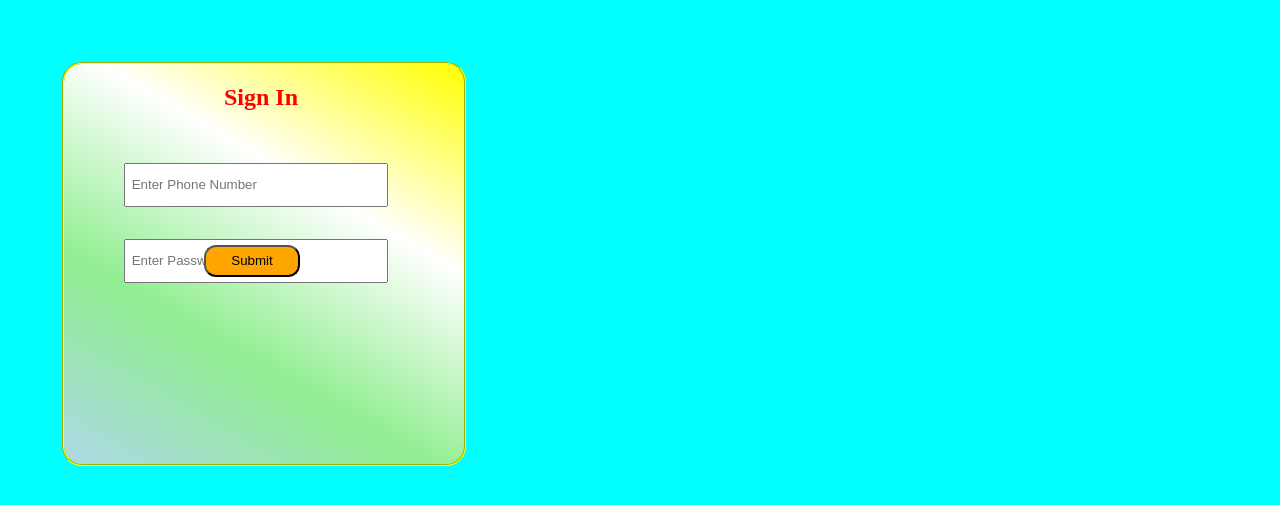
Repository: Amani-Kibet/express-app-web
Page: public/Card.html
An editor plug-in stored every save of this project. The page is shown before and after the next save, followed by the edit.
The browser window is 1280 px wide. The pictures show the whole page.

Above is the page before, as saved 2025-09-25 21:28:52.

### public/Card.html
<!DOCTYPE html>
<head>
  <title> Login Page</title>
  <style>
  #board{
    background: linear-gradient(30deg, lightblue, lightgreen, white, yellow);
    width: 25rem;
    height: 25rem;
    border-radius: 18px;
    outline: 2px groove yellow;
    position: absolute;
    top: 4rem;
    left: 4rem;
  }
  h2{
    color: red;
    position: relative;
    left: 10rem
  }
  .inputs{
    width: 16rem;
    height: 38px;
    position: relative;
    left: 60px;
    margin-top: 2rem;
  }
  #submit{
    background: orange;
    position: relative;
    width: 6rem;
    height: 2rem;
    top: 70;
    right: 8rem;
    border-radius: 12px;
  }
  </style>
</head>
<body bgColor="cyan">
  <div id="board">
    <h2>Sign In</h2>
    <input type="number" class="inputs" id="phoneI" placeholder=" Enter Phone Number">
    <input type="password" class="inputs" id="passI" placeholder=" Enter Password">
  <button id="submit">Submit</button>
  </div>
</body>
<script>
  let input1= document.getElementById("input1");
  let btn1= document.getElementById("btn1");

  function f1(){
    let file= input1.files[0];
    let env= new FormData();
    env.append("image", file)

    fetch("http://localhost:3000/path1", {
      method: "POST",
      body: env
    })
  }


</script>
</html>

After the next save:
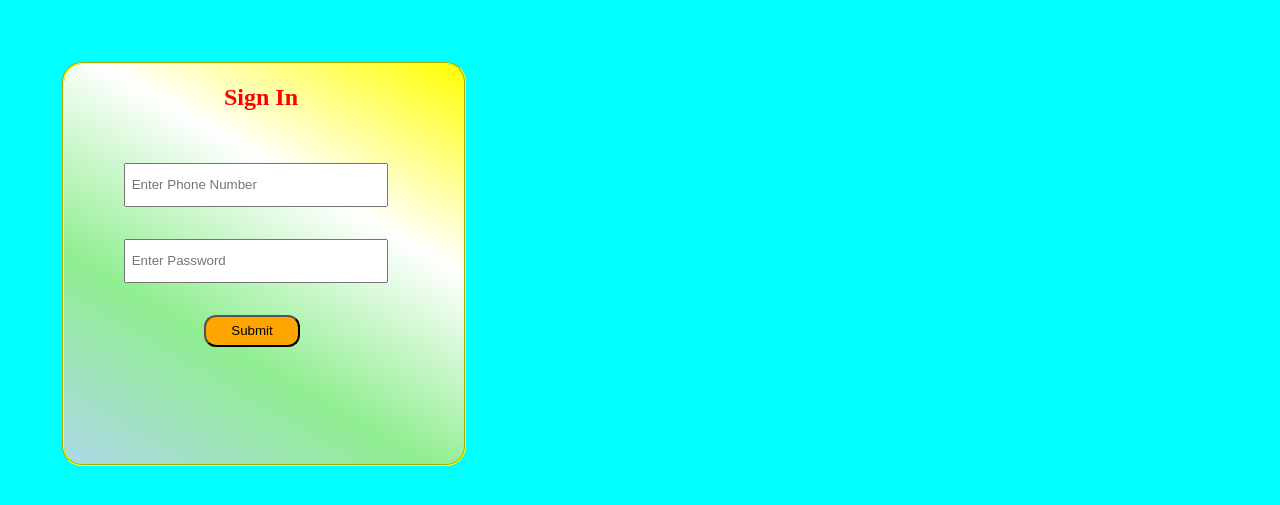
Saved 7 s later.
--- a/public/Card.html
+++ b/public/Card.html
@@ -29,7 +29,7 @@
     position: relative;
     width: 6rem;
     height: 2rem;
-    top: 70;
+    top: 70px;
     right: 8rem;
     border-radius: 12px;
   }
